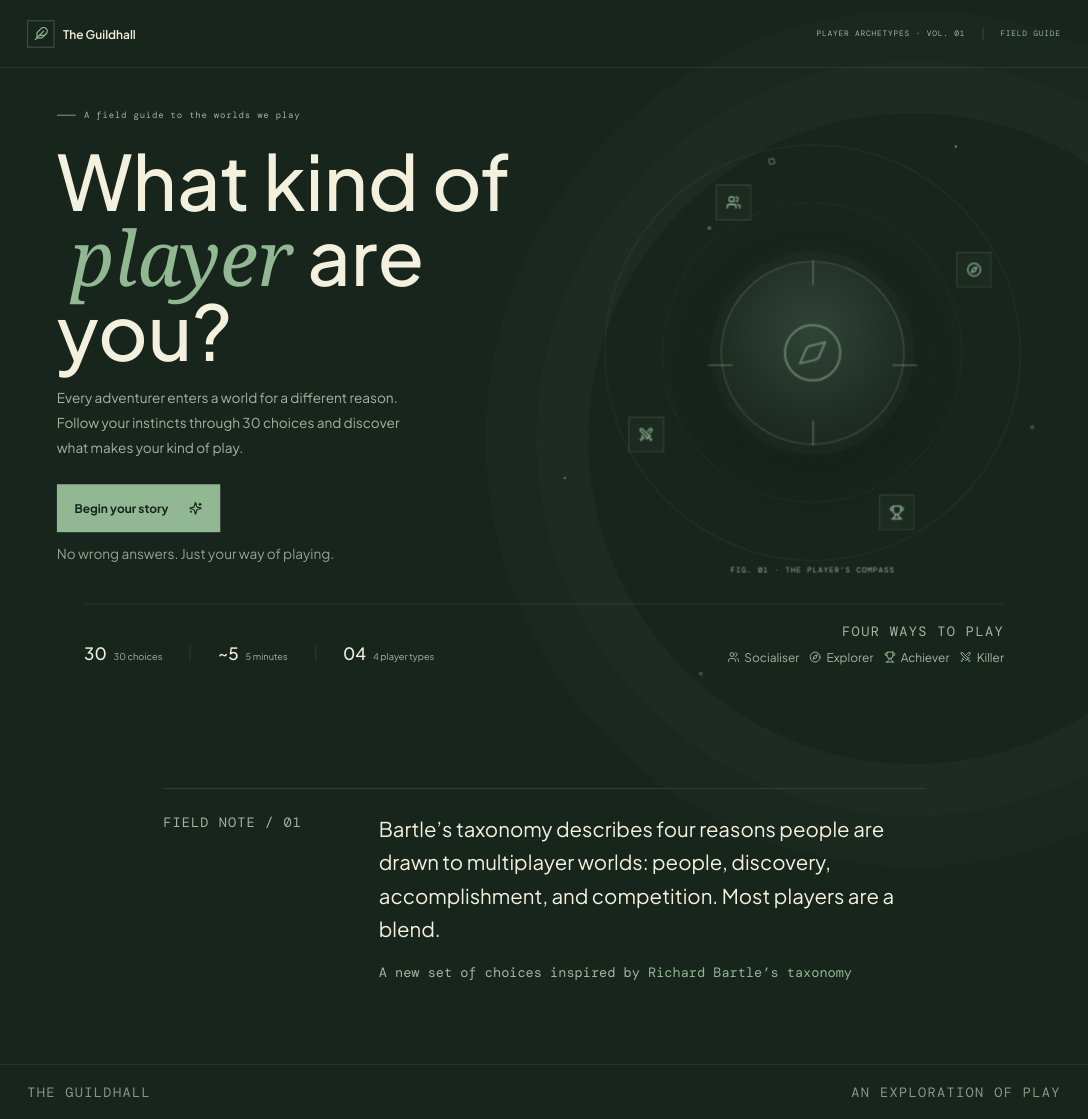
Repository: tiagoturra/bartle
Page: /
These files come from the project's save history. The page is drawn as it stood at one moment and after the next save; the edit follows.
The browser window is 1280 px wide. The pictures show the whole page, at 85% of full size.
The project was rebuilt for these pictures with package versions that can differ from the ones it lists, and the page was loaded fresh each time. Also part of the build but not shown: vite.config.ts, src/modules/bartle/components/QuestionCard.module.scss, src/modules/bartle/components/QuestionCard.tsx, src/modules/bartle/components/ResultsPanel.module.scss, src/modules/bartle/components/ResultsPanel.tsx.

Above is the page before, as saved 2026-10-30 22:22:10.

### index.html
<!doctype html>
<html lang="en">
  <head>
    <meta charset="UTF-8" />
    <meta name="viewport" content="width=device-width, initial-scale=1.0" />
    <meta name="theme-color" content="#17251d" />
    <meta
      name="description"
      content="Discover your player type in an atmospheric, story-led Bartle test."
    />
    <link rel="preconnect" href="https://fonts.googleapis.com" />
    <link rel="preconnect" href="https://fonts.gstatic.com" crossorigin />
    <link
      href="https://fonts.googleapis.com/css2?family=DM+Mono:wght@400;500&family=Plus+Jakarta+Sans:wght@400;500;600;700;800&display=swap"
      rel="stylesheet"
    />
    <title>The Guildhall — Bartle Player Type Test</title>
  </head>
  <body>
    <div id="root"></div>
    <script type="module" src="/src/main.tsx"></script>
  </body>
</html>

### src/main.tsx
import './i18n'
import { StrictMode } from 'react'
import { createRoot } from 'react-dom/client'
import { AppRoutes } from './routes'
import './index.css'

const rootElement = document.getElementById('root')

if (!rootElement) {
  throw new Error('The application root element was not found.')
}

createRoot(rootElement).render(
  <StrictMode>
    <AppRoutes />
  </StrictMode>,
)

### src/routes/index.tsx
import { BrowserRouter, Navigate, Route, Routes } from 'react-router-dom'
import { BartlePage } from '../modules/bartle/pages/BartlePage'

export function AppRoutes() {
  return (
    <BrowserRouter>
      <Routes>
        <Route path="/" element={<BartlePage />} />
        <Route path="*" element={<Navigate to="/" replace />} />
      </Routes>
    </BrowserRouter>
  )
}

### src/index.css
@import "tailwindcss";

@theme {
  --color-forest: #17251d;
  --color-panel: #202f25;
  --color-cream: #f3f0de;
  --color-muted: #a9b29f;
  --color-accent: #91b793;
  --font-sans: "Plus Jakarta Sans", sans-serif;
  --font-mono: "DM Mono", monospace;
}

@layer base {
  :root {
    font-synthesis: none;
    text-rendering: optimizeLegibility;
    -webkit-font-smoothing: antialiased;
    -moz-osx-font-smoothing: grayscale;
    font-optical-sizing: auto;
  }

  html {
    min-width: 320px;
    scroll-behavior: smooth;
  }

  body {
    min-width: 320px;
    min-height: 100vh;
    margin: 0;
  }

  button,
  a {
    -webkit-tap-highlight-color: transparent;
  }

  ::selection {
    background: rgb(145 183 147 / 35%);
    color: #f3f0de;
  }
}

@media (prefers-reduced-motion: reduce) {
  *,
  *::before,
  *::after {
    scroll-behavior: auto !important;
    animation-duration: 0.01ms !important;
    animation-iteration-count: 1 !important;
    transition-duration: 0.01ms !important;
  }
}

### src/modules/bartle/pages/BartlePage.tsx
import { Compass, Feather, Sparkles, Swords, Trophy, Users } from 'lucide-react'
import { useEffect, useState } from 'react'
import { useTranslation } from 'react-i18next'
import {
  readSessionStorage,
  removeSessionStorage,
  writeSessionStorage,
} from '../../../core/browser/sessionStorage'
import { QuestionCard } from '../components/QuestionCard'
import { ResultsPanel } from '../components/ResultsPanel'
import testConfigJson from '../data/test.config.json'
import { calculateScores } from '../scoring'
import type { BartleTestConfig, PlayerTypeScore } from '../types'
import styles from './BartlePage.module.scss'

type TestPhase = 'intro' | 'test' | 'results'

const testConfig = testConfigJson as BartleTestConfig
const progressStorageKey = 'guildhall-bartle-progress'
const progressVersion = 1
const iconByType = {
  socialiser: Users,
  explorer: Compass,
  achiever: Trophy,
  killer: Swords,
}

interface SavedProgress {
  version: typeof progressVersion
  phase: 'test' | 'results'
  currentIndex: number
  answers: Record<string, string>
  advanceOnSelection: boolean
}

interface RestoredProgress {
  phase: TestPhase
  currentIndex: number
  answers: Record<string, string>
  advanceOnSelection: boolean
  scores: PlayerTypeScore[] | null
  storageError: boolean
}

function isValidSavedProgress(value: unknown): value is SavedProgress {
  if (!value || typeof value !== 'object') return false

  const progress = value as Partial<SavedProgress>
  if (
    progress.version !== progressVersion ||
    (progress.phase !== 'test' && progress.phase !== 'results') ||
    !Number.isInteger(progress.currentIndex) ||
    (progress.currentIndex ?? -1) < 0 ||
    (progress.currentIndex ?? testConfig.questions.length) >= testConfig.questions.length ||
    typeof progress.advanceOnSelection !== 'boolean' ||
    !progress.answers ||
    typeof progress.answers !== 'object' ||
    Array.isArray(progress.answers)
  ) {
    return false
  }

  const answers = progress.answers as Record<string, unknown>
  for (const [questionId, answerId] of Object.entries(answers)) {
    const question = testConfig.questions.find(({ id }) => id === questionId)
    if (
      !question ||
      typeof answerId !== 'string' ||
      !question.answers.some((answer) => answer.id === answerId)
    ) {
      return false
    }
  }

  const currentQuestion = testConfig.questions[progress.currentIndex!]
  if (
    progress.advanceOnSelection &&
    !currentQuestion.answers.some(
      ({ id }) => id === answers[currentQuestion.id],
    )
  ) {
    return false
  }

  if (progress.phase === 'results') {
    return (
      testConfig.questions.every((question) => answers[question.id]) &&
      !progress.advanceOnSelection
    )
  }

  return true
}

function restoreProgress(): RestoredProgress {
  const emptyProgress: RestoredProgress = {
    phase: 'intro',
    currentIndex: 0,
    answers: {},
    advanceOnSelection: false,
    scores: null,
    storageError: false,
  }
  const stored = readSessionStorage(progressStorageKey)

  if (!stored.ok) {
    console.error(stored.error)
    return { ...emptyProgress, storageError: true }
  }

  if (!stored.value) return emptyProgress

  try {
    const saved: unknown = JSON.parse(stored.value)
    if (!isValidSavedProgress(saved)) {
      return { ...emptyProgress, storageError: true }
    }

    return {
      phase: saved.phase,
      currentIndex: saved.currentIndex,
      answers: saved.answers,
      advanceOnSelection: saved.advanceOnSelection,
      scores:
        saved.phase === 'results'
          ? calculateScores(saved.answers, testConfig)
          : null,
      storageError: false,
    }
  } catch (error) {
    console.error('Unable to restore the saved Bartle test progress.', error)
    return { ...emptyProgress, storageError: true }
  }
}

export function BartlePage() {
  const { t } = useTranslation()
  const [restoredProgress] = useState(restoreProgress)
  const [phase, setPhase] = useState<TestPhase>(restoredProgress.phase)
  const [currentIndex, setCurrentIndex] = useState(restoredProgress.currentIndex)
  const [answers, setAnswers] = useState<Record<string, string>>(restoredProgress.answers)
  const [scores, setScores] = useState<PlayerTypeScore[] | null>(restoredProgress.scores)
  const [advanceOnSelection, setAdvanceOnSelection] = useState(
    restoredProgress.advanceOnSelection,
  )
  const [storageError, setStorageError] = useState(restoredProgress.storageError)
  const currentQuestion = testConfig.questions[currentIndex]

  function startTest() {
    setAnswers({})
    setCurrentIndex(0)
    setScores(null)
    setAdvanceOnSelection(false)
    setPhase('test')
  }

  function resetTest() {
    startTest()
  }

  useEffect(() => {
    if (phase === 'intro') {
      const result = removeSessionStorage(progressStorageKey)
      if (!result.ok) {
        console.error(result.error)
        setStorageError(true)
      }
      return
    }

    const progress: SavedProgress = {
      version: progressVersion,
      phase,
      currentIndex,
      answers,
      advanceOnSelection,
    }
    const result = writeSessionStorage(
      progressStorageKey,
      JSON.stringify(progress),
    )

    if (!result.ok) {
      console.error(result.error)
      setStorageError(true)
    } else {
      setStorageError(false)
    }
  }, [advanceOnSelection, answers, currentIndex, phase])

  useEffect(() => {
    if (phase !== 'test' || !advanceOnSelection) return

    const timeout = window.setTimeout(() => {
      if (currentIndex === testConfig.questions.length - 1) {
        setScores(calculateScores(answers, testConfig))
        setPhase('results')
      } else {
        setCurrentIndex((index) => index + 1)
      }

      setAdvanceOnSelection(false)
    }, 650)

    return () => window.clearTimeout(timeout)
  }, [advanceOnSelection, answers, currentIndex, phase])

  return (
    <main className={`relative min-h-dvh overflow-hidden bg-forest text-cream ${styles.pageBackdrop}`}>
      <div className="pointer-events-none absolute inset-0 z-0 overflow-hidden" aria-hidden="true">
        <span className={`absolute right-[-14%] top-[10%] aspect-square w-[min(60vw,780px)] rounded-full ${styles.ambientOrb}`} />
        <span className={styles.constellation} />
      </div>

      <header className="relative z-10 mx-auto flex min-h-16 w-full max-w-7xl items-center gap-3 border-b border-cream/10 px-4 md:min-h-20 md:gap-5 md:px-8">
        <a
          className="inline-flex cursor-pointer items-center gap-2.5 font-sans text-sm font-semibold text-cream focus-visible:outline-2 focus-visible:outline-offset-4 focus-visible:outline-accent"
          href="/"
          onClick={(event) => {
            event.preventDefault()
            setPhase('intro')
          }}
          aria-label={t('brand')}
        >
          <span className="grid size-8 place-items-center border border-accent/40 text-accent"><Feather size={17} /></span>
          <span>{t('brand')}</span>
        </a>
        <span className="ml-auto hidden font-mono text-[0.58rem] tracking-[0.1em] text-muted md:inline">{t('nav.edition')}</span>
        <span className="hidden h-3.5 w-px bg-cream/20 md:block" />
        <span className="ml-auto font-mono text-[0.53rem] tracking-[0.1em] text-accent md:ml-0 md:text-[0.58rem]">{t('nav.fieldGuide')}</span>
      </header>

      {storageError && (
        <p className="relative z-10 mx-auto my-3 w-[calc(100%-2rem)] max-w-7xl border border-[#e3a18d]/40 bg-[#e3a18d]/10 px-4 py-3 text-sm text-[#e3a18d]" role="alert">
          {t('test.storageError')}
        </p>
      )}

      <div className="relative z-10 mx-auto w-full max-w-7xl px-4 md:px-8">
        {phase === 'intro' && (
          <section className="grid min-h-[calc(100dvh-5rem)] grid-cols-1 items-center gap-4 py-14 md:grid-cols-[1.04fr_0.96fr] md:gap-0 md:py-12">
            <div className={`relative z-10 pb-0 md:pb-10 md:pl-[5.5%] ${styles.heroCopy}`}>
              <p className="mb-0 flex items-center gap-2.5 font-mono text-[0.66rem] tracking-[0.09em] text-muted">
                <span className="h-px w-[22px] bg-accent" />
                {t('intro.eyebrow')}
              </p>
              <h1 className="mb-5 mt-5 max-w-2xl font-sans text-5xl font-medium leading-[0.98] sm:text-6xl lg:mb-5 lg:mt-6 lg:text-7xl xl:text-8xl">
                {t('intro.titleStart')}
                <br />
                <span className="mx-4 font-serif font-normal italic text-accent">{t('intro.titleAccent')}</span>
                {t('intro.titleEnd')}
              </h1>
              <p className="m-0 max-w-[410px] leading-[1.85] text-muted">{t('intro.description')}</p>
              <button className="mt-7 inline-flex min-h-14 cursor-pointer items-center gap-6 border border-accent bg-accent px-5 text-sm font-bold text-forest transition duration-200 hover:-translate-y-0.5 hover:bg-[#a5c5a5] hover:shadow-lg focus-visible:outline-2 focus-visible:outline-offset-4 focus-visible:outline-cream" type="button" onClick={startTest}>
                {t('intro.begin')}
                <span aria-hidden="true"><Sparkles size={16} /></span>
              </button>
              <p className="mb-0 mt-3.5 text-s text-cream/60">{t('intro.footnote')}</p>
            </div>

            <div className={`relative mx-auto grid aspect-square w-[min(82vw,420px)] place-items-center justify-self-center md:w-full md:max-w-[570px] ${styles.heroArt}`} aria-hidden="true">
              <div className={`${styles.orbit} ${styles.orbitOuter}`} />
              <div className={`${styles.orbit} ${styles.orbitInner}`} />
              <div className={styles.artHalo} />
              <div className={styles.artCore}>
                <div className={styles.compassRose}>
                  <span className={styles.roseNorth} />
                  <span className={styles.roseSouth} />
                  <span className={styles.roseEast} />
                  <span className={styles.roseWest} />
                  <Compass size={78} strokeWidth={0.75} />
                </div>
              </div>
              <span className={`${styles.typeMark} ${styles.markSocial}`}><Users size={18} /></span>
              <span className={`${styles.typeMark} ${styles.markExplore}`}><Compass size={18} /></span>
              <span className={`${styles.typeMark} ${styles.markAchieve}`}><Trophy size={18} /></span>
              <span className={`${styles.typeMark} ${styles.markKiller}`}><Swords size={18} /></span>
              <span className="absolute bottom-[3%] font-mono text-[0.5rem] tracking-[0.12em] text-muted md:bottom-[4%] md:text-[0.56rem]">{t('intro.artCaption')}</span>
            </div>

            <div className="col-span-full mx-0 mt-2 grid grid-cols-1 items-end gap-6 border-t border-cream/10 pt-5 md:mx-[5.5%] md:grid-cols-[1fr_auto] md:gap-5">
              <div className="flex items-center justify-between gap-4 md:justify-start md:gap-8">
                <div className="flex flex-col items-start gap-0 md:flex-row md:items-baseline md:gap-2"><strong className="font-sans text-xl font-medium text-cream">30</strong><span className="text-[0.68rem] text-muted">{t('intro.stats.choices')}</span></div>
                <span className="h-[18px] w-px bg-cream/15" />
                <div className="flex flex-col items-start gap-0 md:flex-row md:items-baseline md:gap-2"><strong className="font-sans text-xl font-medium text-cream">~5</strong><span className="text-[0.68rem] text-muted">{t('intro.stats.time')}</span></div>
                <span className="h-[18px] w-px bg-cream/15" />
                <div className="flex flex-col items-start gap-0 md:flex-row md:items-baseline md:gap-2"><strong className="font-sans text-xl font-medium text-cream">04</strong><span className="text-[0.68rem] text-muted">{t('intro.stats.types')}</span></div>
              </div>
              <div className="flex flex-wrap items-center justify-start gap-x-3 gap-y-2 md:max-w-[330px] md:justify-end">
                <span className="w-full font-mono tracking-[0.1em] text-muted md:text-right">{t('intro.typesLabel')}</span>
                {testConfig.categories.map(({ id }) => {
                  const Icon = iconByType[id]

                  return (
                    <span className="inline-flex items-center gap-1.5 text-sm text-muted" key={id}>
                      <Icon className="text-accent" size={14} aria-hidden="true" />
                      {t(`types.${id}.name`)}
                    </span>
                  )
                })}
              </div>
              <a className="hidden cursor-pointer items-center gap-3 font-mono text-[0.55rem] tracking-[0.1em] text-muted no-underline max-md:inline-flex" href="#about">
                {t('intro.scroll')}
                <span className="h-px w-[34px] bg-accent" />
              </a>
            </div>
          </section>
        )}

        {phase === 'test' && currentQuestion && (
          <div className="flex min-h-[calc(100dvh-5rem)] items-center justify-center py-9 md:py-[70px]">
            <QuestionCard
              key={currentQuestion.id}
              question={currentQuestion}
              questionIndex={currentIndex}
              questionCount={testConfig.questions.length}
              selectedAnswer={answers[currentQuestion.id]}
              isAdvancing={advanceOnSelection}
              isFirst={currentIndex === 0}
              onReset={resetTest}
              onSelect={(answerId) => {
                setAnswers((previous) => ({
                  ...previous,
                  [currentQuestion.id]: answerId,
                }))
                setAdvanceOnSelection(true)
              }}
              onPrevious={() => {
                setAdvanceOnSelection(false)
                setCurrentIndex((index) => Math.max(0, index - 1))
              }}
            />
          </div>
        )}

        {phase === 'results' && scores && (
          <div className="flex min-h-[calc(100dvh-5rem)] items-center justify-center py-9 md:py-[70px]">
            <ResultsPanel scores={scores} onRestart={startTest} />
          </div>
        )}
      </div>

      {phase === 'intro' && (
        <section className="mx-auto my-12 grid w-[calc(100%-2rem)] max-w-4xl grid-cols-1 gap-4 border-t border-cream/15 pt-7 md:my-24 md:grid-cols-[minmax(100px,0.32fr)_1fr] md:gap-x-12 md:gap-y-5" id="about">
          <span className="font-mono tracking-[0.08em] text-muted">{t('about.index')}</span>
          <p className="m-0 max-w-2xl font-sans text-xl leading-relaxed text-cream md:text-2xl">{t('about.description')}</p>
          <span className="font-mono text-muted md:col-start-2">
            {t('about.source')}{' '}
            <a className="cursor-pointer text-accent underline-offset-4 hover:text-cream" href="http://mud.co.uk/richard/hcds.htm" target="_blank" rel="noreferrer">
              {t('about.sourceLink')}
            </a>
          </span>
        </section>
      )}

      <footer className="relative z-10 mx-auto flex w-full max-w-7xl justify-between border-t border-cream/10 px-4 py-5 font-mono tracking-[0.1em] text-cream/55 md:px-8">
        <span>{t('footer.brand')}</span>
        <span>{t('footer.tagline')}</span>
      </footer>
    </main>
  )
}

### src/modules/bartle/scoring.ts
import type {
  BartleTestConfig,
  PlayerTypeId,
  PlayerTypeScore,
} from './types'

export function calculateScores(
  answers: Record<string, string>,
  config: BartleTestConfig,
): PlayerTypeScore[] {
  const points = Object.fromEntries(
    config.categories.map(({ id }) => [id, 0]),
  ) as Record<PlayerTypeId, number>

  for (const question of config.questions) {
    const answerId = answers[question.id]
    const answer = question.answers.find(({ id }) => id === answerId)

    if (!answer) {
      throw new Error(`A valid answer is required for question "${question.id}".`)
    }

    for (const [category, score] of Object.entries(answer.scores)) {
      if (!(category in points) || typeof score !== 'number' || score < 0) {
        throw new Error(`Invalid scoring rule on question "${question.id}".`)
      }

      points[category as PlayerTypeId] += score
    }
  }

  const totalPoints = Object.values(points).reduce((sum, score) => sum + score, 0)

  if (totalPoints === 0) {
    throw new Error('The test configuration must award at least one point.')
  }

  return config.categories
    .map(({ id }) => ({
      id,
      points: points[id],
      percentage: (points[id] / totalPoints) * 100,
    }))
    .sort((first, second) => second.points - first.points)
}

Loaded but not shown: src/modules/bartle/data/test.config.json (271 lines, source omitted); src/i18n/locales/de-DE/questions.json (32 lines, source omitted); src/i18n/locales/en-US/questions.json (212 lines, source omitted); src/i18n/locales/fr-FR/questions.json (32 lines, source omitted); src/i18n/locales/pt-BR/questions.json (32 lines, source omitted); src/i18n/locales/fr-FR/common.json (86 lines, source omitted); src/i18n/locales/de-DE/common.json (86 lines, source omitted); src/i18n/locales/pt-BR/common.json (86 lines, source omitted); src/i18n/locales/en-US/common.json (86 lines, source omitted); src/i18n/locales/pt-BR/bartle.json (6 lines, source omitted); src/i18n/locales/fr-FR/bartle.json (6 lines, source omitted); src/i18n/locales/de-DE/bartle.json (6 lines, source omitted); src/i18n/locales/en-US/bartle.json (6 lines, source omitted); src/modules/bartle/pages/BartlePage.module.scss (729 lines, source omitted); src/i18n/index.ts (53 lines, source omitted); src/core/browser/sessionStorage.ts (57 lines, source omitted)

After the next save:
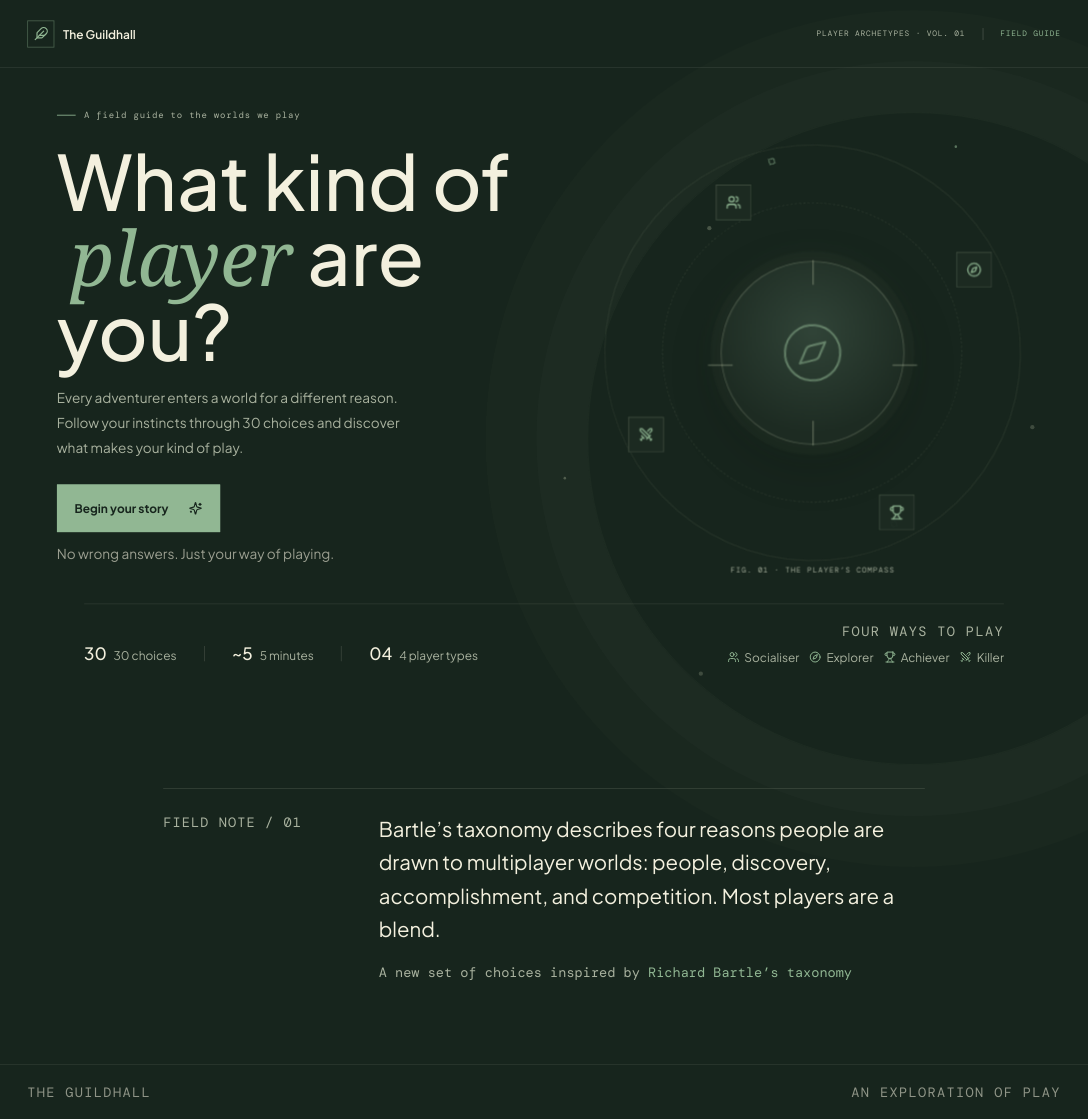
Saved 33 s later.
--- a/src/modules/bartle/pages/BartlePage.tsx
+++ b/src/modules/bartle/pages/BartlePage.tsx
@@ -280,11 +280,11 @@ export function BartlePage() {
 
             <div className="col-span-full mx-0 mt-2 grid grid-cols-1 items-end gap-6 border-t border-cream/10 pt-5 md:mx-[5.5%] md:grid-cols-[1fr_auto] md:gap-5">
               <div className="flex items-center justify-between gap-4 md:justify-start md:gap-8">
-                <div className="flex flex-col items-start gap-0 md:flex-row md:items-baseline md:gap-2"><strong className="font-sans text-xl font-medium text-cream">30</strong><span className="text-[0.68rem] text-muted">{t('intro.stats.choices')}</span></div>
+                <div className="flex flex-col items-start gap-0 md:flex-row md:items-baseline md:gap-2"><strong className="font-sans text-xl font-medium text-cream">30</strong><span className="text-sm text-muted">{t('intro.stats.choices')}</span></div>
                 <span className="h-[18px] w-px bg-cream/15" />
-                <div className="flex flex-col items-start gap-0 md:flex-row md:items-baseline md:gap-2"><strong className="font-sans text-xl font-medium text-cream">~5</strong><span className="text-[0.68rem] text-muted">{t('intro.stats.time')}</span></div>
+                <div className="flex flex-col items-start gap-0 md:flex-row md:items-baseline md:gap-2"><strong className="font-sans text-xl font-medium text-cream">~5</strong><span className="text-sm text-muted">{t('intro.stats.time')}</span></div>
                 <span className="h-[18px] w-px bg-cream/15" />
-                <div className="flex flex-col items-start gap-0 md:flex-row md:items-baseline md:gap-2"><strong className="font-sans text-xl font-medium text-cream">04</strong><span className="text-[0.68rem] text-muted">{t('intro.stats.types')}</span></div>
+                <div className="flex flex-col items-start gap-0 md:flex-row md:items-baseline md:gap-2"><strong className="font-sans text-xl font-medium text-cream">04</strong><span className="text-sm text-muted">{t('intro.stats.types')}</span></div>
               </div>
               <div className="flex flex-wrap items-center justify-start gap-x-3 gap-y-2 md:max-w-[330px] md:justify-end">
                 <span className="w-full font-mono tracking-[0.1em] text-muted md:text-right">{t('intro.typesLabel')}</span>
